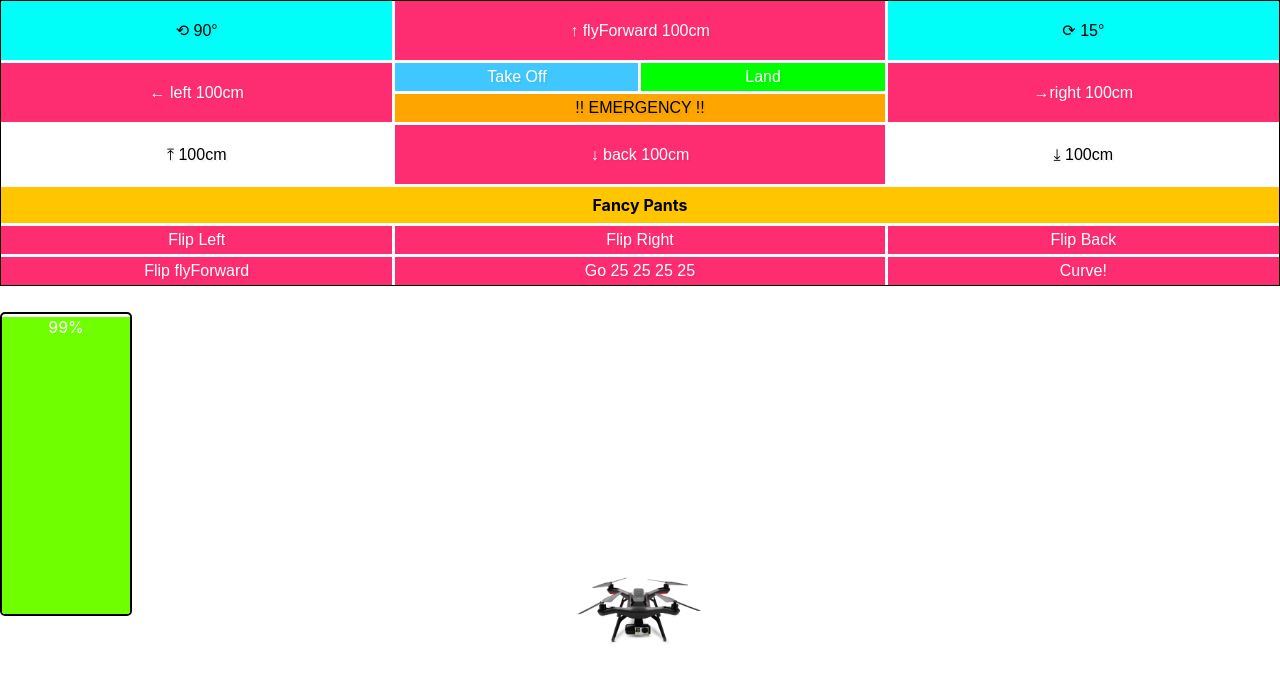
Repository: JivkoJelev91/Drone-Simulator
Page: /
These files come from the project's save history. The page is drawn as it stood at one moment and after the next save; the edit follows.
The browser window is 1280 px wide. The pictures show the whole page.
The project was rebuilt for these pictures with package versions that can differ from the ones it lists, and the page was loaded fresh each time.

Above is the page before, as saved 2018-12-21 15:06:21.

### src/index.css
body {
  margin: 0;
  padding: 0;
  font-family: -apple-system, BlinkMacSystemFont, "Segoe UI", "Roboto", "Oxygen",
    "Ubuntu", "Cantarell", "Fira Sans", "Droid Sans", "Helvetica Neue",
    sans-serif;
  -webkit-font-smoothing: antialiased;
  -moz-osx-font-smoothing: grayscale;
}

code {
  font-family: source-code-pro, Menlo, Monaco, Consolas, "Courier New",
    monospace;
}

.view{
  display:flex;
  padding-top:2%;

}

.parentDrone{
  width:100%;
  padding-top: 10%;
  display:flex;
  justify-content: center;
  position: absolute;
  bottom:15%;
  /* transform: rotate(0deg);  */
}

.drone img {
  width: 100%;

}

.drone{
  width:10%;

}

.batteryStyles{
  width: 10%;
  height:300px;
  border: 2px solid black;
  border-radius: 5px;
  overflow: hidden;
  display: flex;
  flex-direction: column-reverse;
}

.batteryLevel {
  transition: all 0.5s;
  height: 100%;
  text-align: center;
  color: white;
  display: block;
  background: var(--color);
  background: #70ff00;
}

.CommandGrid{
  display: grid;
  grid-template-columns: 1fr 1.25fr 1fr;
  grid-template-rows: repeat(3, 1fr);
  border: 1px solid black;
  grid-gap: 3px;
}

.CommandGrid .center{
  display: grid;
  grid-gap: 3px;
  grid-template-columns: 1fr 1fr;
}

.CommandGrid h2{
  grid-column: 1 / -1;
  background: #ffc600;
  margin: 0;
  font-size: 1rem;
  text-align: center;
  padding: 0.5rem;
  color: black;
}

.CommandGrid .center button:last-child{
  grid-column: span 2;
}

.CommandGrid   button {
  text-shadow: 2px 2px 0 rgba(0, 0, 0, 0.05);
  border: 0;
  background: #fe2c70;
  border: 4px solid transparent;
  color: white;
  font-size: 1rem;
  position: relative;
}
.CommandGrid button:active{
  top: 2px;
}
.CommandGrid button:focus{
  outline: 0;
  border-color: #ffc600;
}
.CommandGrid button.takeoff{
  background: #41c7ff;
}
.CommandGrid button.land{
  background: #00ff00;
}
.CommandGrid button.emergency{
  background: orange;
  text-transform: uppercase;
  color: black;
}
.CommandGrid button.rotate{
  background: #00fff9;
  color: black;
}
.CommandGrid button.height{
  background: #fff;
  color: black;
}
.CommandGrid button.span.symbol {
  display: block;
  font-size: 2rem;
  font-weight: 400;
}

.CommandGrid button.innactiveBtns{
  pointer-events: none;
  background-color: grey;
  border-color: grey;
}

### src/App.js
import React, { Component } from 'react';
import Buttons from './Buttons/Buttons';
import './App.css';

class App extends Component {
  render() {
    return (
        <div className="App">
            <Buttons />
        </div>
    );
  }
}

export default App;

### src/Buttons/Buttons.js
import React, { Component } from 'react';
import Battery from './Battery';
import Drone from './Drone'

class Buttons extends Component{
  constructor(props){
    super(props)
    this.amount = 100;
    this.counter = 0;
    this.state = {
      forward: 10,
      left:0,
      right:0,
      isActive: true,
    }
  }

  rotate(){
    return console.log('rotate!!');
  }

  flyForward = () => {
    this.setState({
      forward: 50,
      isActive: false
    })
    setTimeout( async () => {
      await this.setState({forward: 10})
      await this.setState({isActive: true})
    }, 2000);
  }

  back(){
      return console.log('back');
  }

  left(){
      return console.log('left');
  }

  right(){
      return console.log('right');
  }

  takeOff(){
      return console.log('takeOff');
  }

  flipLeft(){
      return console.log('flipLeft');
  }

  flipRight(){
      return console.log('flipRight');
  }

  flipflyForward(){
      return console.log('flipflyForward');
  }

  flipBack(){
      return console.log('flipBack');
  }

  hight(){
      return console.log('hight');
  }

  low(){
      return console.log('low');
  }

  land(){
      return console.log('land');
  }

  emergency(){
      return console.log('emergency');
  }

  render(){
    return (
      <div id="wrapper">
        <div className="CommandGrid">

        <button className="rotate" onClick={this.rotate}>
          <span className="symbol">⟲</span> 90°
        </button>
        <button onClick={this.flyForward} className={!this.state.isActive ? 'innactiveBtns' : null}>
          <span className="symbol">↑</span> flyForward {this.amount}cm
        </button>

        <button className="rotate" onClick={this.rotate}>
          <span className="symbol">⟳</span> 15°
        </button>
        <button onClick={this.left}>
          <span className="symbol">←</span> left {this.amount}cm
        </button>
        <div className="center">
          <button className="takeoff" onClick={this.takeOff}>
            Take Off
          </button>
          <button className="land" onClick={this.land}>
            Land
          </button>
          <button className="emergency" onClick={this.emergency}>
            !! emergency !!
          </button>
        </div>
        <button onClick={this.right}>
          <span className="symbol">→</span>
          right {this.amount}cm
        </button>
        <button className="height" onClick={this.hight}>
          <span className="symbol">⤒</span> {this.amount}cm
        </button>
        <button onClick={this.back}>
          <span className="symbol">↓</span> back {this.amount}cm
        </button>
        <button className="height" onClick={this.low}>
          <span className="symbol">⤓</span> {this.amount}cm
        </button>
        <h2>Fancy Pants</h2>
        <button onClick={this.flipLeft}>Flip Left</button>
        <button onClick={this.flipRight}>Flip Right</button>
        <button onClick={this.flipBack}>Flip Back</button>
        <button onClick={this.flipflyForward}>Flip flyForward</button>
        <button onClick={console.log('TODO')}>Go 25 25 25 25</button>
        <button onClick={console.log('TODO')}>
          Curve!
        </button>
    </div>
        <div className="view">
              <Battery />
              <Drone state={this.state}/>
          </div>
    </div>
    )
  }
}

export default Buttons;

### src/Buttons/Battery.js
import React, {Component}  from 'react';


class Battery extends Component {
  constructor(){
    super();
    this.state = {
      batteryLevel: 0
    }
    this.countdown = null;
    this.counter = 0;
  }

  lowBattery = () => {
      this.setState({
        batteryLevel: parseInt((10000 - ++this.counter) / 100)
      });
  }

  componentDidMount() {
    this.countdown = setInterval(this.lowBattery, 1000);
  }

  componentWillUnmount() {
    if(this.batteryLevel === 0) clearInterval(this.countdown);
  }

  componentWillMount(){
    this.lowBattery();
  }

  render() {
    return (
      <div className="batteryStyles">
          <span className="batteryLevel" style={{ height:`${ this.state.batteryLevel }%`}}>{this.state.batteryLevel}%</span>
      </div>
    );
  }
}

export default Battery;

### src/Buttons/Drone.js
import React from 'react';
import dronePic from '../images/drone.png'

function Drone(props) {
  const styles ={
    bottom: `${props.state.forward}%`,
    transition: `bottom 1.2s ease-in`,
  }
  return (
    <div className="parentDrone" style={styles}>
      <div className="drone" >
        <img src={dronePic} alt="drone" />
      </div>
    </div>
  );
}

export default Drone;

Loaded but not shown: public/index.html (common file); src/index.js (common file); src/serviceWorker.js (common file); src/App.css (common file)

After the next save:
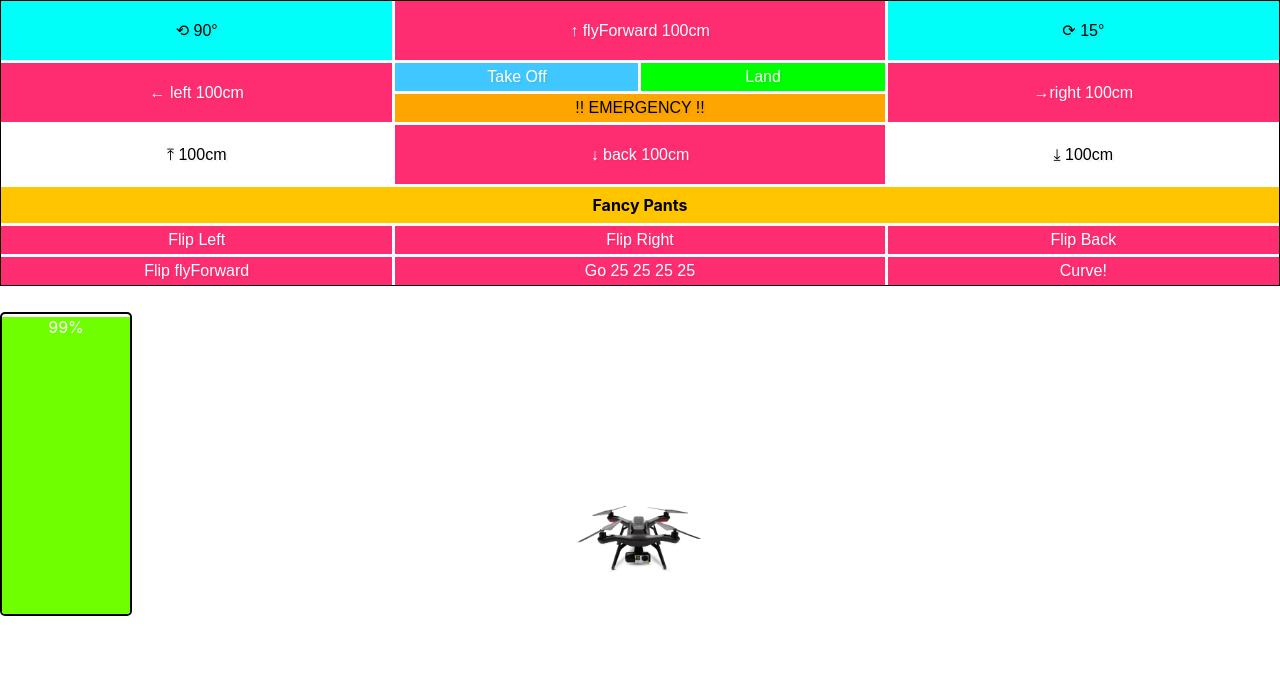
Saved 15 s later.
--- a/src/Buttons/Buttons.js
+++ b/src/Buttons/Buttons.js
@@ -8,7 +8,7 @@
     this.amount = 100;
     this.counter = 0;
     this.state = {
-      forward: 10,
+      forward: 20,
       left:0,
       right:0,
       isActive: true,
@@ -25,7 +25,7 @@
       isActive: false
     })
     setTimeout( async () => {
-      await this.setState({forward: 10})
+      await this.setState({forward: 20})
       await this.setState({isActive: true})
     }, 2000);
   }
